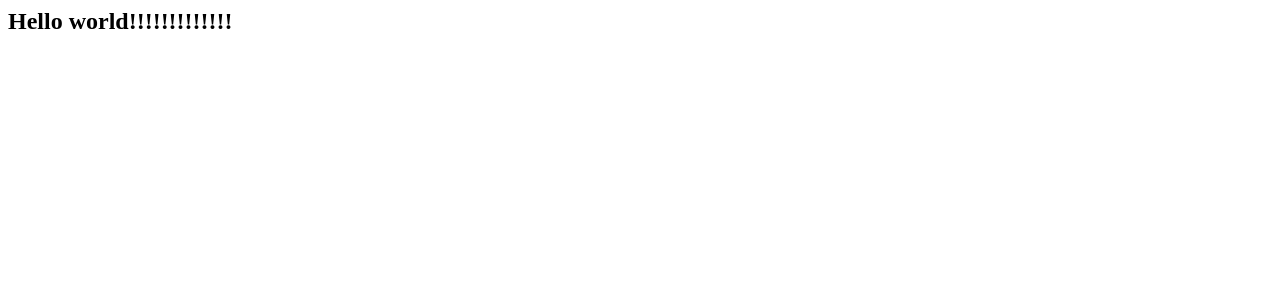
Repository: Ashwini12344/TY_CG_HTD_BangaloreNovember_JFS_AshwiniR
Page: http://localhost/springmvc/hello
These files come from the project's save history. The page is drawn as it stood at one moment and after the next save; the edit follows.
The browser window is 1280 px wide. The pictures show the whole page.
The page is served by Tomcat 9. Other server files are loaded and not shown.

Above is the page before, as saved 2019-12-21 17:41:05.

### BackEnd/Spring/springmvc/src/main/webapp/WEB-INF/root-servlet.xml
<?xml version="1.0" encoding="UTF-8"?>
<beans xmlns="http://www.springframework.org/schema/beans"
       xmlns:xsi="http://www.w3.org/2001/XMLSchema-instance"
       xmlns:context="http://www.springframework.org/schema/context"
       xmlns:mvc="http://www.springframework.org/schema/mvc"
       xsi:schemaLocation="http://www.springframework.org/schema/beans
                           http://www.springframework.org/schema/beans/spring-beans.xsd
                           http://www.springframework.org/schema/mvc
                           http://www.springframework.org/schema/mvc/spring-mvc.xsd
                           http://www.springframework.org/schema/context
                           http://www.springframework.org/schema/context/spring-context.xsd ">
<context:component-scan base-package="com.capgemini.springmvc"></context:component-scan>
<bean id="viewResolver" class="org.springframework.web.servlet.view.InternalResourceViewResolver">
<property name="prefix" value="/WEB-INF/view/"></property>
<property name="suffix" value=".jsp"></property>
</bean>
</beans>

### BackEnd/Spring/springmvc/src/main/webapp/WEB-INF/view/index.jsp
<html>
<body>
<h2>${msg}</h2>
</body>
</html>

### BackEnd/Spring/springmvc/src/main/java/com/capgemini/springmvc/controller/SpringController.java
package com.capgemini.springmvc.controller;

import org.springframework.stereotype.Controller;
import org.springframework.ui.ModelMap;
import org.springframework.web.bind.annotation.RequestMapping;

@Controller
public class SpringController {
	@RequestMapping("/hello")
	public String hello(ModelMap map) {
		map.addAttribute("msg","Hello world!!!!!!!!!!!!!");
		return "index";
	}

}

After the next save:
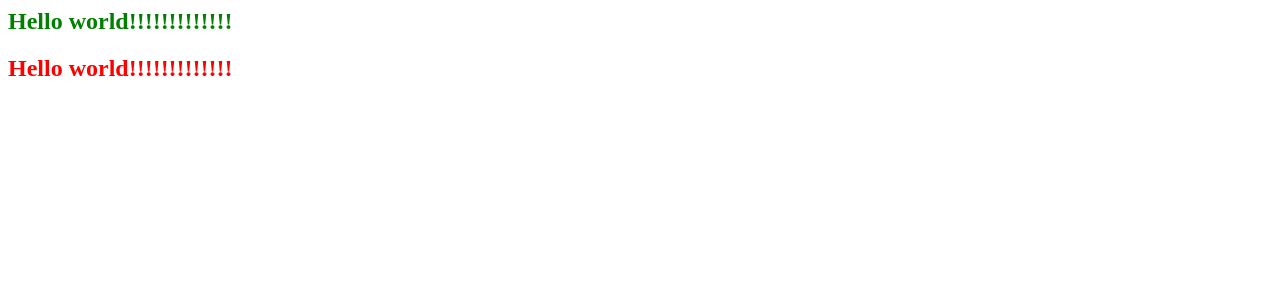
Saved 52 min 7 s later.
--- a/BackEnd/Spring/springmvc/src/main/webapp/WEB-INF/view/index.jsp
+++ b/BackEnd/Spring/springmvc/src/main/webapp/WEB-INF/view/index.jsp
@@ -1,5 +1,9 @@
+<%
+String msg=(String)request.getAttribute("msg");
+%>
 <html>
 <body>
-<h2>${msg}</h2>
+<h2 style="color:green;">${msg}</h2>
+<h2 style="color:red;"><%=msg %></h2>
 </body>
 </html>
